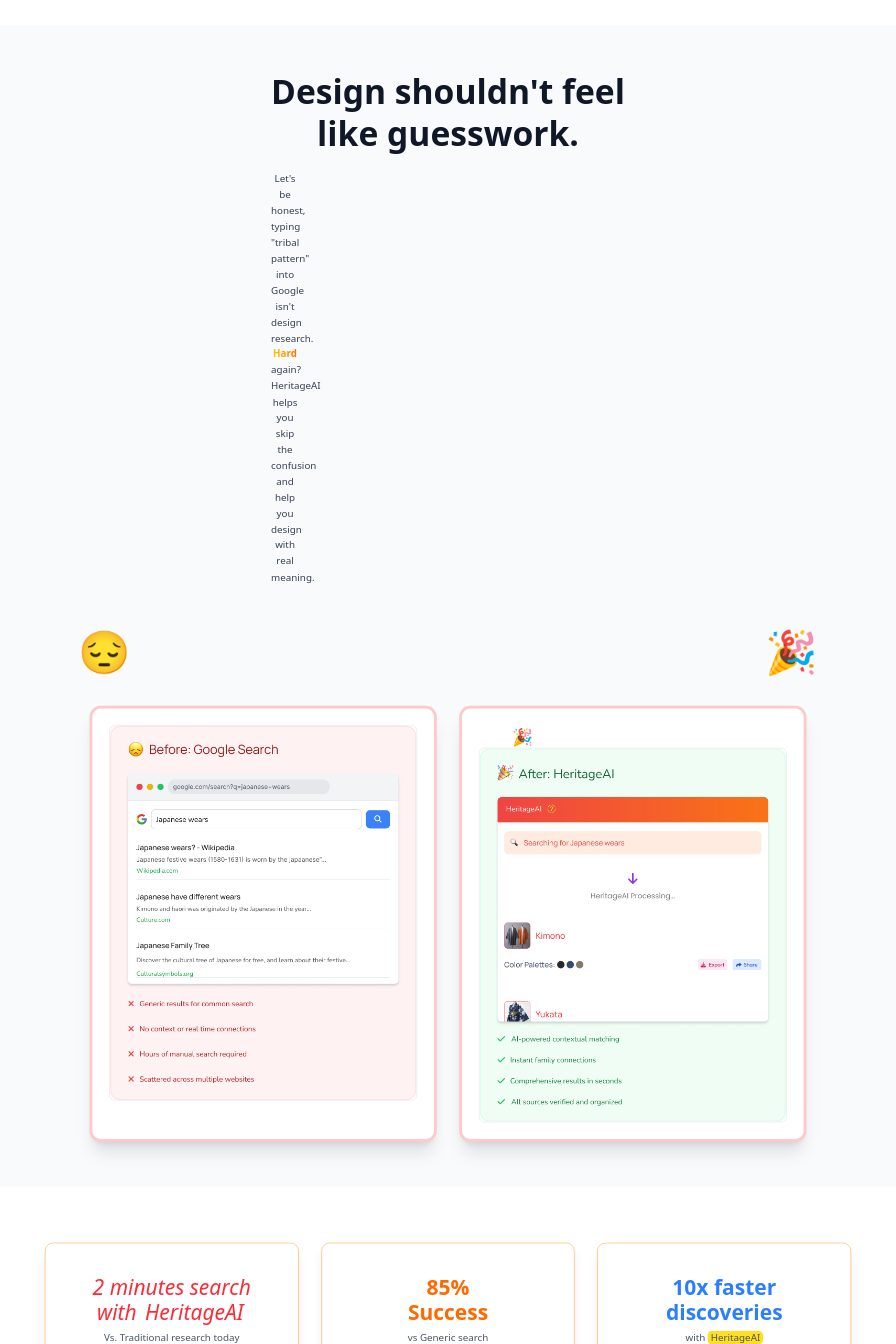
Repository: Em-driod/Heritage
Page: /
These files come from the project's save history. The page is drawn as it stood at one moment and after the next save; the edit follows.
The browser window is 1280 px wide. The pictures show the part of the page from y = 915 to 2835 px (the page is 6335 px tall before and 5948 px after), at 70% of full size.
Pictures or frames that could not be fetched are drawn as grey boxes. The project was rebuilt for these pictures with package versions that can differ from the ones it lists, and the page was loaded fresh each time. Also part of the build but not shown: vite.config.ts.

Above is the page before, as saved 2025-07-08 18:33:44.

After the next save:
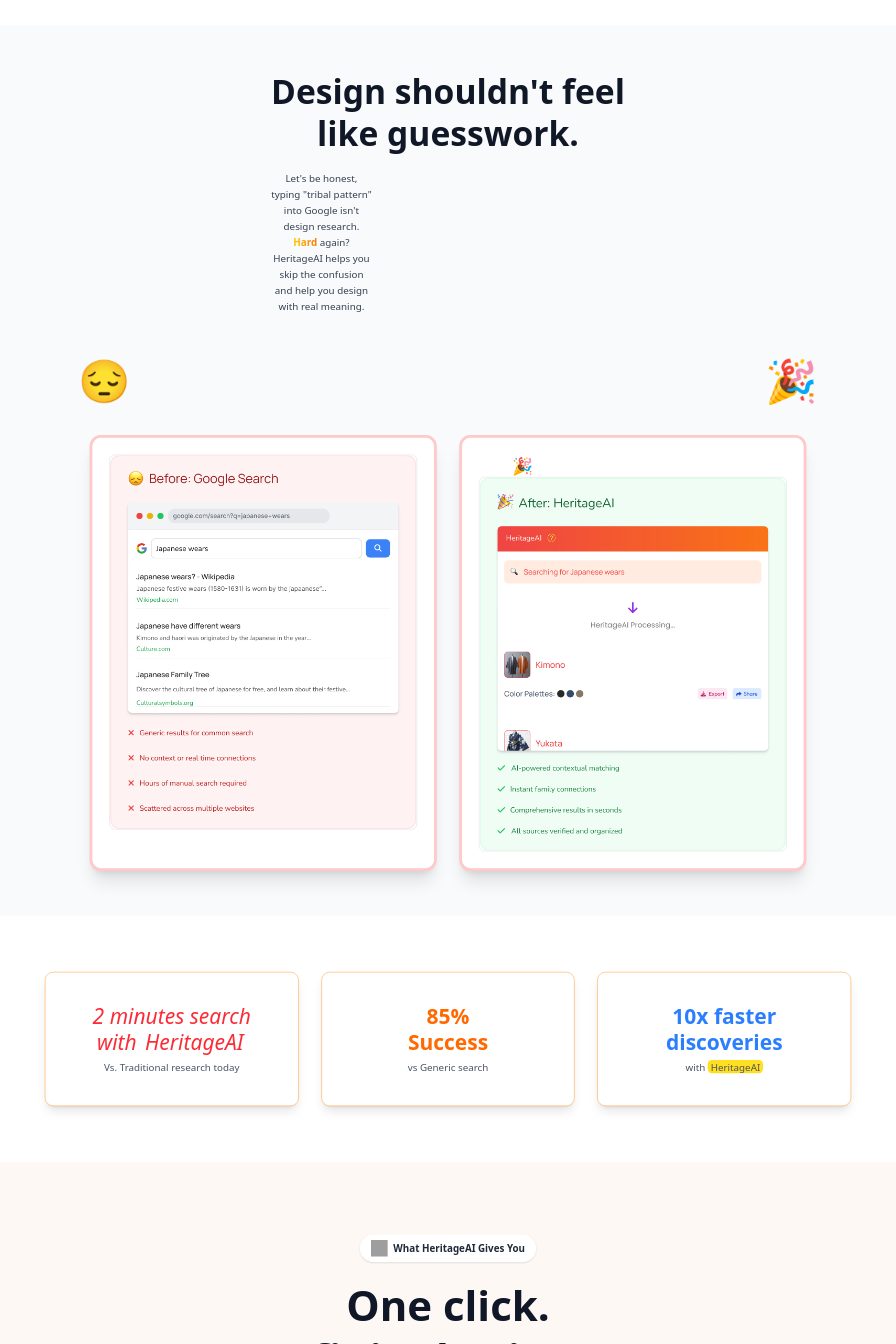
Saved 16 s later.
--- a/src/components/landsecont.tsx
+++ b/src/components/landsecont.tsx
@@ -8,7 +8,7 @@
           <br />
           like guesswork.
         </h1>
-        <p className="mt-6 text-sm sm:text-sm w-10 text-gray-700 leading-relaxed">
+        <p className="mt-6 text-sm sm:text-sm w-36 text-gray-700 leading-relaxed">
           Let's be honest, typing "tribal pattern" into Google
           isn't design research.
           <span className="font-bold bg-gradient-to-r from-yellow-400 to-orange-500 text-transparent bg-clip-text"> Hard </span>
